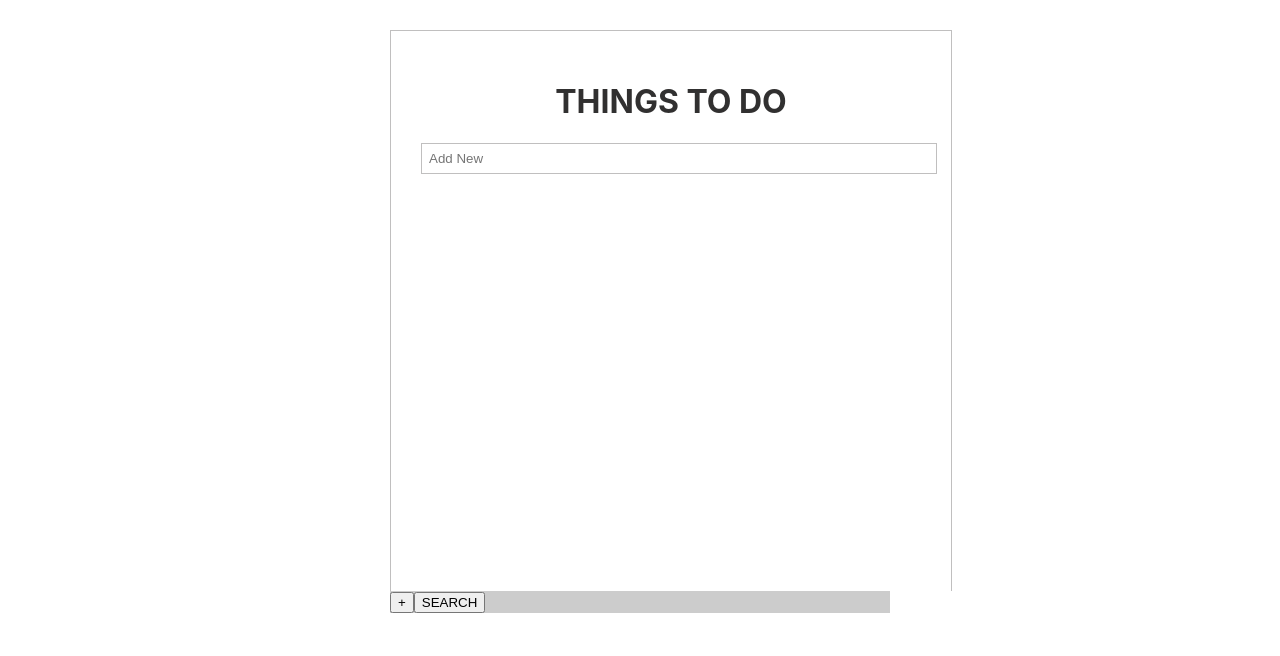
Repository: kirangautam45/To-Do-Application
Page: /
The author's editor kept a copy of each file at every save. The page is drawn from the files as they stood at one save, then again after a run of saves.
The browser window is 1280 px wide. The pictures show the whole page.
The project was rebuilt for these pictures with package versions that can differ from the ones it lists, and the page was loaded fresh each time.

Above is the page before, as saved 2022-08-11 12:05:00.

After the next 3 saves:
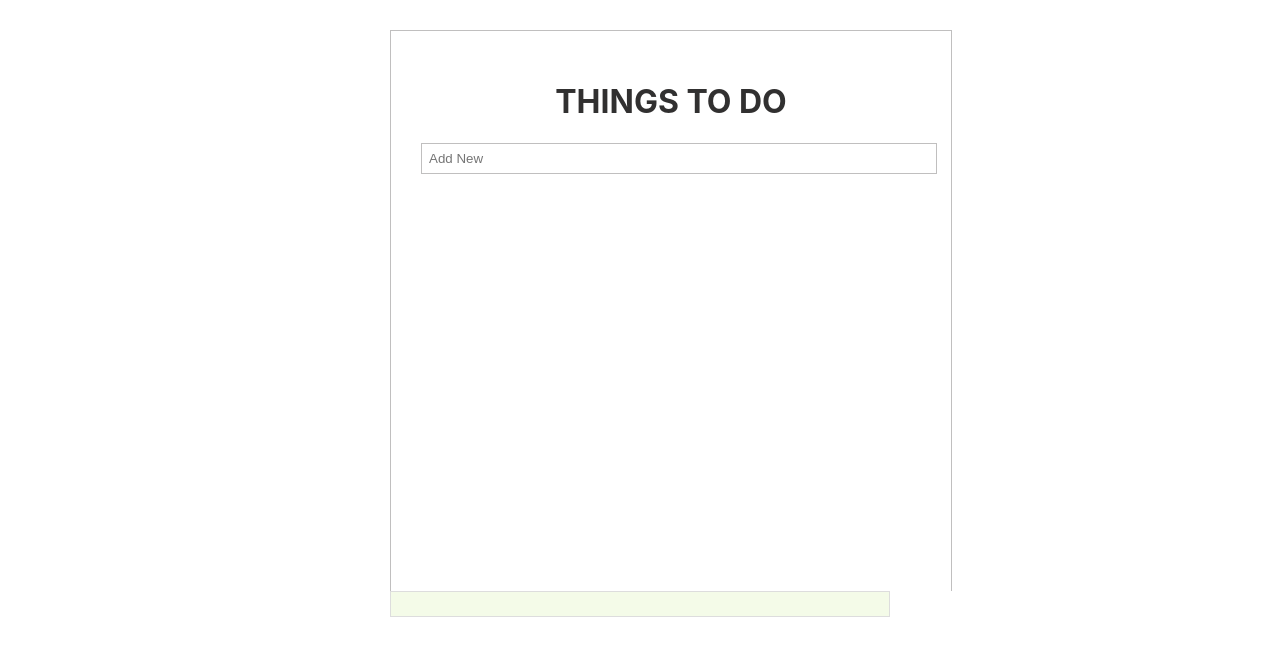
The 3 saves are shown as one change because they came seconds apart.
The last was saved 11 s later.
--- a/src/App.js
+++ b/src/App.js
@@ -8,9 +8,10 @@ function App() {
         <input className='Input_text' placeholder='Add New' />
         </div>
         <div className='Wrapper_Icon_group'>
-          <div  className='Icon_gr'></div>
-          <button className=''>+</button>
-          <button>SEARCH</button>
+          <div  className='Icon_group'>
+
+          </div>
+
         </div>
     </div>
   );
